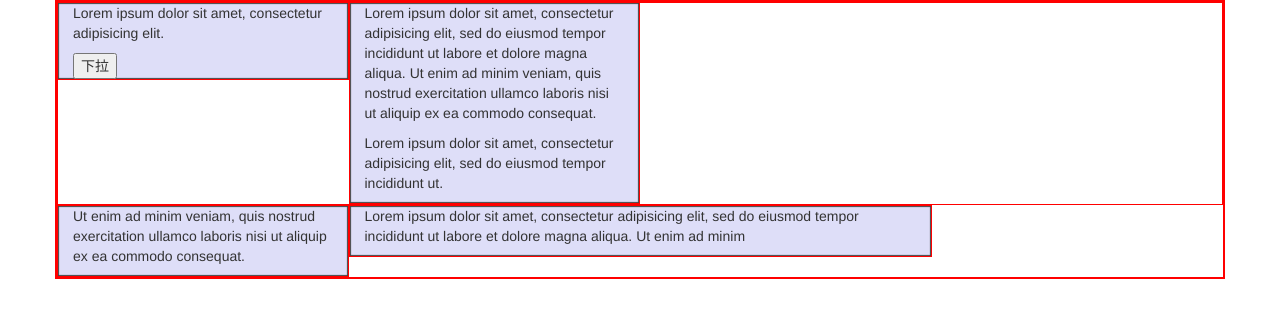
Repository: dushengwei/Bootstrap
Page: code/code/WebContent/one.html
These files come from the project's save history. The page is drawn as it stood at one moment and after the next save; the edit follows.
The browser window is 1280 px wide. The pictures show the whole page.

Above is the page before, as saved 2017-02-15 09:39:55.

After the next save:
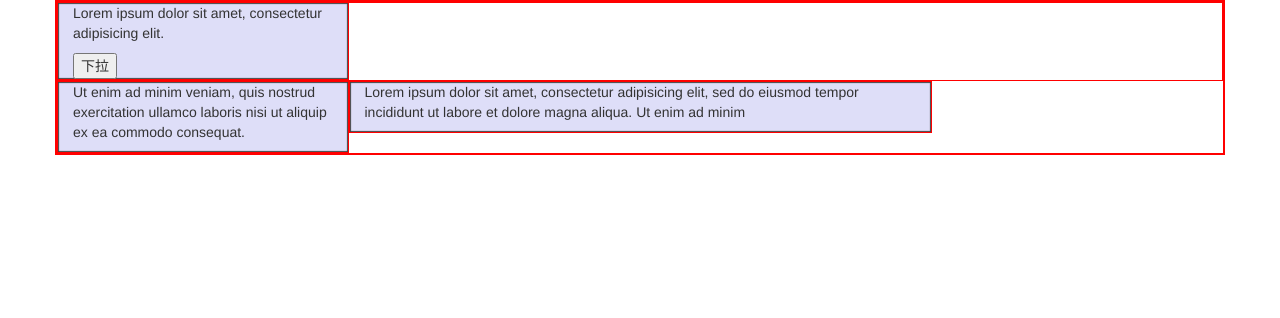
Saved 10 s later.
--- a/code/code/WebContent/one.html
+++ b/code/code/WebContent/one.html
@@ -48,7 +48,7 @@
 					<li id="four" name="foura">第四页</li>
 				</ul>
 			</div>
-			<div id="twoa" class="col-sm-3 hidden-xs"
+			<div id="twoa" class="col-sm-3 hidden-lg"
 				style="background-color: #dedef8; box-shadow: inset 1px -1px 1px #444, inset -1px 1px 1px #444;">
 				<p>Lorem ipsum dolor sit amet, consectetur adipisicing elit, sed
 					do eiusmod tempor incididunt ut labore et dolore magna aliqua. Ut
